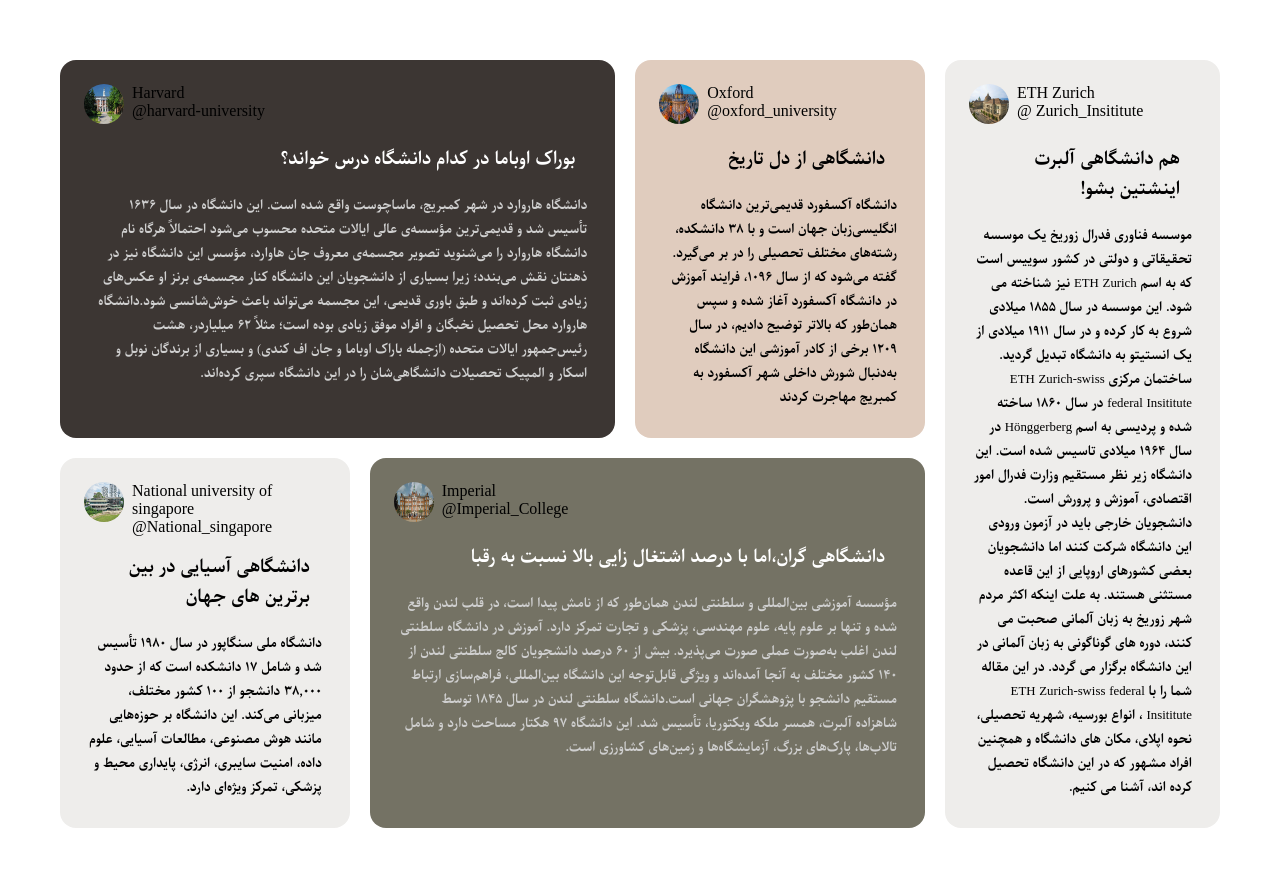
Repository: rahanwz/cards
Page: cards.html
These files come from the project's save history. The page is drawn as it stood at one moment and after the next save; the edit follows.
The browser window is 1280 px wide. The pictures show the whole page.

Above is the page before, as saved 2024-02-17 16:13:14.

### cards.html
<!DOCTYPE html>
<html lang="en">
  <head>
    <meta charset="UTF-8" />
    <meta name="viewport" content="width=device-width, initial-scale=1.0" />
    <title>Document</title>
    <link rel="stylesheet" href="cards.css" />
  </head>
  <body>
    <div class="container">
      <div class="boxcard1">
        <div class="cardcontainer big-card">
          <div class="card1">
            <div class="head">
              <div class="profile">
                <div class="profilecontaner">
                  <img
                    src="harvard-university-6591e0b9df73096be8d614ee.webp"
                    alt=""
                  />
                </div>
              </div>

              <div>
                <div class="user">Harvard</div>
                <div class="id">@harvard-university</div>
              </div>
            </div>
            <div class="descrip1" style="color: #ffffff;">بوراک اوباما در کدام دانشگاه درس خواند؟</div>
            <div class="descrip2" style=" color: #d0d0d0;">
              دانشگاه هاروارد در شهر کمبریج، ماساچوست واقع شده است. این دانشگاه
              در سال ۱۶۳۶ تأسیس شد و قدیمی‌ترین مؤسسه‌ی عالی ایالات متحده محسوب
              می‌شود احتمالاً هرگاه نام دانشگاه هاروارد را می‌شنوید تصویر
              مجسمه‌ی معروف جان هاوارد، مؤسس این دانشگاه نیز در ذهنتان نقش
              می‌بندد؛ زیرا بسیاری از دانشجویان این دانشگاه کنار مجسمه‌ی برنز او
              عکس‌های زیادی ثبت کرده‌اند و طبق باوری قدیمی، این مجسمه می‌تواند
              باعث خوش‌شانسی شود.دانشگاه هاروارد محل تحصیل نخبگان و افراد موفق
              زیادی بوده است؛ مثلاً ۶۲ میلیاردر، هشت‌ رئیس‌جمهور ایالات متحده
              (ازجمله باراک اوباما و جان اف کندی) و بسیاری از برندگان نوبل و
              اسکار و المپیک تحصیلات دانشگاهی‌شان را در این دانشگاه سپری
              کرده‌اند.
            </div>
          </div>
        </div>

        <div class="cardcontainer small-card">
          <div class="card2">
            <div class="head">
              <div class="profile">
                <div class="profilecontaner">
                  <img
                    src="oxford-university-jpg-6591b422df73096be8d6145c.webp"
                    alt=""
                  />
                </div>
              </div>
              <div>
                <div class="user">Oxford</div>
                <div class="id">@oxford_university</div>
              </div>
            </div>
            <div class="descrip1">دانشگاهی از دل تاریخ</div>
            <div class="descrip2">
              دانشگاه آکسفورد قدیمی‌ترین دانشگاه انگلیسی‌زبان جهان است و با ۳۸
              دانشکده، رشته‌های مختلف تحصیلی را در بر می‌گیرد. گفته می‌شود که از
              سال ۱۰۹۶، فرایند آموزش در دانشگاه آکسفورد آغاز شده و سپس همان‌طور
              که بالاتر توضیح دادیم، در سال ۱۲۰۹ برخی از کادر آموزشی این دانشگاه
              به‌دنبال شورش داخلی شهر آکسفورد به کمبریج مهاجرت کردند
            </div>
          </div>
        </div>

        <div class="cardcontainer small-card">
          <div class="card3">
            <div class="head">
              <div class="profile">
                <div class="profilecontaner">
                  <img src="nus-6591f1acdf73096be8d61515.webp" alt="" />
                </div>
              </div>

              <div>
                <div class="user">National university of singapore</div>
                <div class="id">@National_singapore</div>
              </div>
            </div>
            <div class="descrip1">دانشگاهی آسیایی در بین برترین های جهان</div>
            <div class="descrip2">
              دانشگاه ملی سنگاپور در سال ۱۹۸۰ تأسیس شد و شامل ۱۷ دانشکده‌ است که
              از حدود ۳۸٬۰۰۰ دانشجو از ۱۰۰ کشور مختلف، میزبانی می‌کند. این
              دانشگاه بر حوزه‌هایی مانند هوش مصنوعی، مطالعات آسیایی، علوم داده،
              امنیت سایبری، انرژی، پایداری محیط و پزشکی، تمرکز ویژه‌ای دارد.
            </div>
          </div>
        </div>
        <div class="cardcontainer big-card">
          <div class="card4">
            <div class="head">
              <div class="profile">
                <div class="profilecontaner">
                  <img
                    src="imperial-college-london-6591e911df73096be8d614fb.webp"
                    alt=""
                  />
                </div>
              </div>

              <div>
                <div class="user">Imperial</div>
                <div class="id">@Imperial_College</div>
              </div>
            </div>
            <div class="descrip1" style="color: #ffffff;">
              دانشگاهی گران،اما با درصد اشتغال زایی بالا نسبت به رقبا
            </div>
            <div class="descrip2" style="color: #cfcfcf;">
              مؤسسه آموزشی بین‌المللی و سلطنتی لندن همان‌طور که از نامش پیدا
              است، در قلب لندن واقع شده و تنها بر علوم پایه، علوم مهندسی، پزشکی
              و تجارت تمرکز دارد. آموزش در دانشگاه سلطنتی لندن اغلب به‌صورت عملی
              صورت می‌پذیرد. بیش از ۶۰ درصد دانشجویان کالج سلطنتی لندن از ۱۴۰
              کشور مختلف به آنجا آمده‌اند و ویژگی قابل‌توجه این دانشگاه
              بین‌المللی، فراهم‌سازی ارتباط مستقیم دانشجو با پژوهشگران جهانی
              است.دانشگاه سلطنتی لندن در سال ۱۸۴۵ توسط شاهزاده آلبرت، همسر ملکه
              ویکتوریا، تأسیس شد. این دانشگاه ۹۷ هکتار مساحت دارد و شامل
              تالاب‌ها، پارک‌های بزرگ، آزمایشگاه‌ها و زمین‌های کشاورزی است.
            </div>
          </div>
        </div>
      </div>
      <div class="boxcard2">
        <div class="cardcontainer">
          <div class="card5">
            <div class="head">
              <div class="profile">
                <div class="profilecontaner">
                  <img src="zurich-eth-6591f083df73096be8d6150c.webp" alt="" />
                </div>
              </div>

              <div>
                <div class="user">ETH Zurich</div>
                <div class="id">@ Zurich_Insititute</div>
              </div>
            </div>
            <div class="descrip1" ">هم دانشگاهی آلبرت اینشتین بشو!</div>
            <div class="descrip2">
              موسسه فناوری فدرال زوریخ یک موسسه تحقیقاتی و دولتی در کشور سوییس
              است که به اسم ETH Zurich نیز شناخته می شود. این موسسه در سال 1855
              میلادی شروع به کار کرده و در سال 1911 میلادی از یک انستیتو به
              دانشگاه تبدیل گردید. ساختمان مرکزی ETH Zurich-swiss federal
              Insititute در سال 1860 ساخته شده و پردیسی به اسم Hönggerberg در
              سال 1964 میلادی تاسیس شده است. این دانشگاه زیر نظر مستقیم وزارت
              فدرال امور اقتصادی، آموزش و پرورش است. دانشجویان خارجی باید در
              آزمون ورودی این دانشگاه شرکت کنند اما دانشجویان بعضی کشورهای
              اروپایی از این قاعده مستثنی هستند. به علت اینکه اکثر مردم شهر
              زوریخ به زبان آلمانی صحبت می کنند، دوره های گوناگونی به زبان
              آلمانی در این دانشگاه برگزار می گردد. در این مقاله شما را با ETH
              Zurich-swiss federal Insititute ، انواع بورسیه، شهریه تحصیلی، نحوه
              اپلای، مکان های دانشگاه و همچنین افراد مشهور که در این دانشگاه
              تحصیل کرده اند، آشنا می کنیم.
            </div>
          </div>
        </div>
      </div>
    </div>
  </body>
</html>

### cards.css
* {
  padding: 0;
  margin: 0;
  box-sizing: border-box;
}

.container {
  display: flex;
  flex-direction: column;
  width: 100%;
  height: auto;
  padding: 3rem 2.5rem;
}

.head {
  display: flex;
}

.cardcontainer {
  width: 100%;
  padding: 10px;
}

.card1 {
  background-color: #3c3633;
  padding: 1.5rem;
  border-radius: 1rem;
}
.profile img {
  width: 40px;
  height: 40px;
  margin-right: 0.5rem;
  border-radius: 50%;
}

.descrip {
  padding-top: 1.5rem;
}

.card2 {
  background-color: #e0ccbe;
  padding: 1.5rem;
  border-radius: 1rem;
}
.card3 {
  background-color: #eeedeb;
  padding: 1.5rem;
  border-radius: 1rem;
}
.card4 {
  padding: 1.5rem;
  border-radius: 1rem;
  background-color: #747264;
}

.card5 {
  background-color: #eeedeb;
  padding: 1.5rem;
  border-radius: 1rem;
}

@media (min-width: 1024px) {
  .container {
    flex-direction: row;
    padding: 50px;
    height: 100%;
  }

  .boxcard1 {
    display: flex;
    width: 75%;
    height:20%;
    flex-wrap: wrap;

  }

  .boxcard2 {
    width: 25%;
      height: 65%;
  }

  .big-card {
    width: 65%;
  }
  .small-card {
    width: 35%;
  }
  .card1,.card2,.card3,.card4,.card5{
    height: 100%;
  }

}
.descrip1,
.descrip2 {
  direction: rtl;
}

.descrip1{
 font-size:1.1rem;
 padding: 1rem;
 font-family: titr;
}

.descrip2{
  padding: .25rem;
  font-size:.80rem;
  line-height:1.5rem;
  font-family: titr;
}


@font-face{
  font-family:titr;
  src: url(font/Parastoo-Bold-FD-WOL.woff);
}



@font-face{
  font-family:des;
  src: url(font/Vazir-Thin.woff2);
}

After the next save:
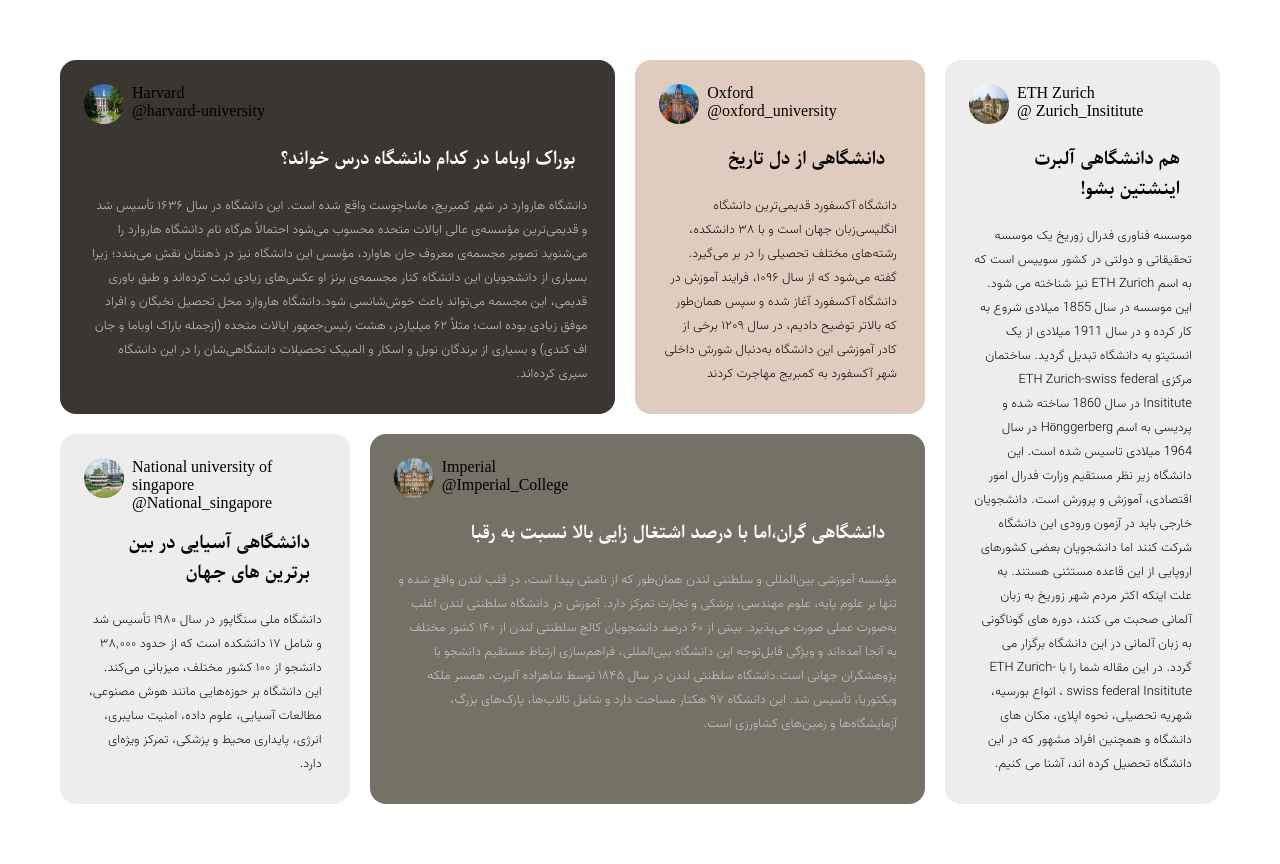
Saved 4 s later.
--- a/cards.css
+++ b/cards.css
@@ -105,7 +105,7 @@
   padding: .25rem;
   font-size:.80rem;
   line-height:1.5rem;
-  font-family: titr;
+  font-family:des;
 }
 
 
